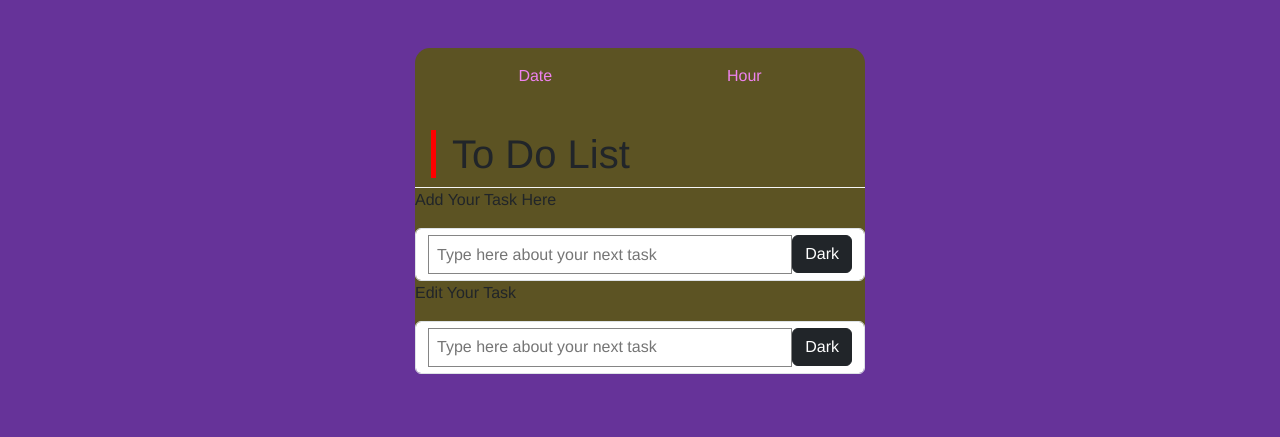
Repository: Passionblaz/TODO
Page: TODO/Untitled-1.html
The author's editor kept a copy of each file at every save. The page is drawn from the files as they stood at one save, then again after the next save.
The browser window is 1280 px wide. The pictures show the whole page.

Above is the page before, as saved 2023-07-14 14:12:37.

After the next save:
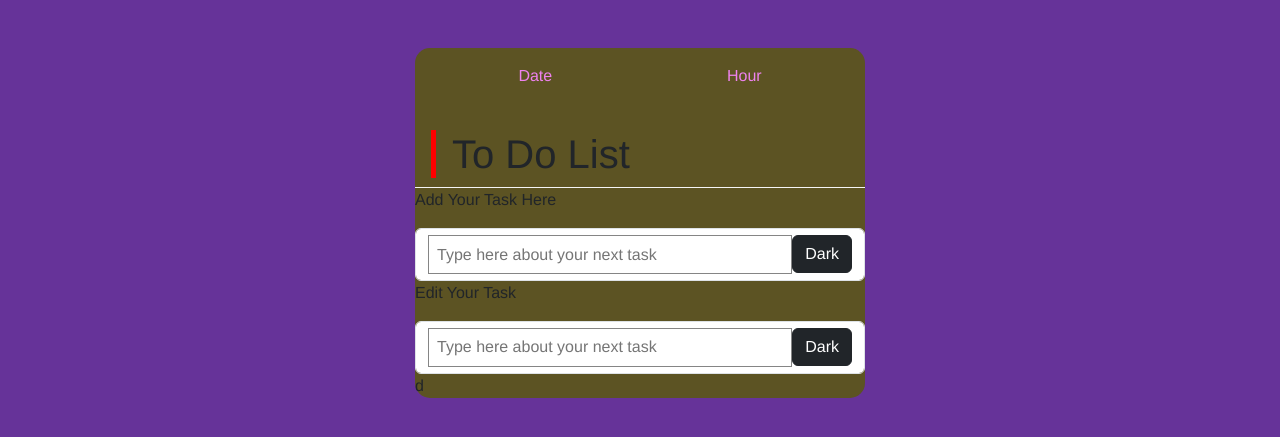
Saved 7 s later.
--- a/TODO/Untitled-1.html
+++ b/TODO/Untitled-1.html
@@ -41,7 +41,7 @@
 
 </form>
 <div class="todo-list"
-<div class="todo">
+<div class="todo">d
 </div>
 
 

After the save that followed:
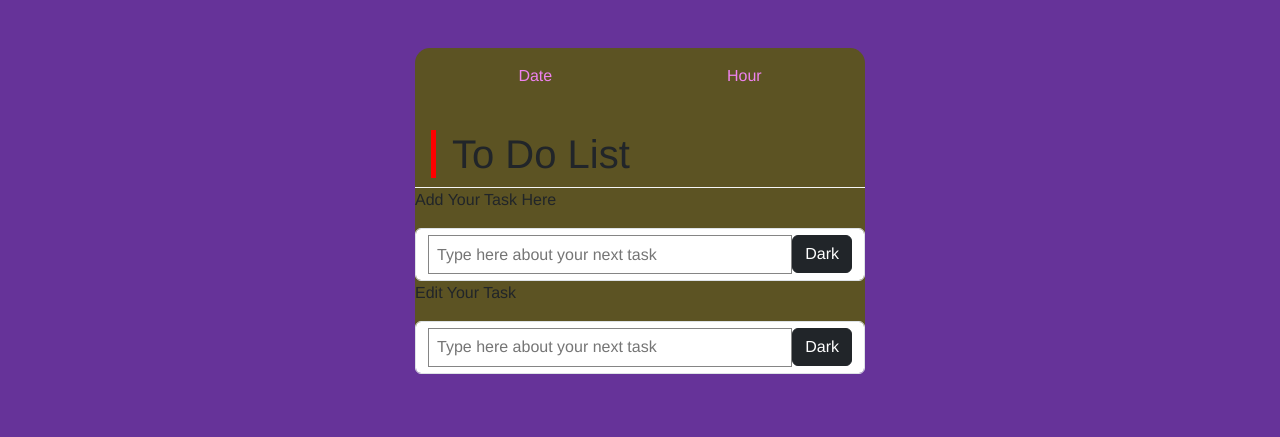
Saved 4 s later.
--- a/TODO/Untitled-1.html
+++ b/TODO/Untitled-1.html
@@ -41,7 +41,9 @@
 
 </form>
 <div class="todo-list"
-<div class="todo">d
+<div class="todo">
+
+</div>
 </div>
 
 
